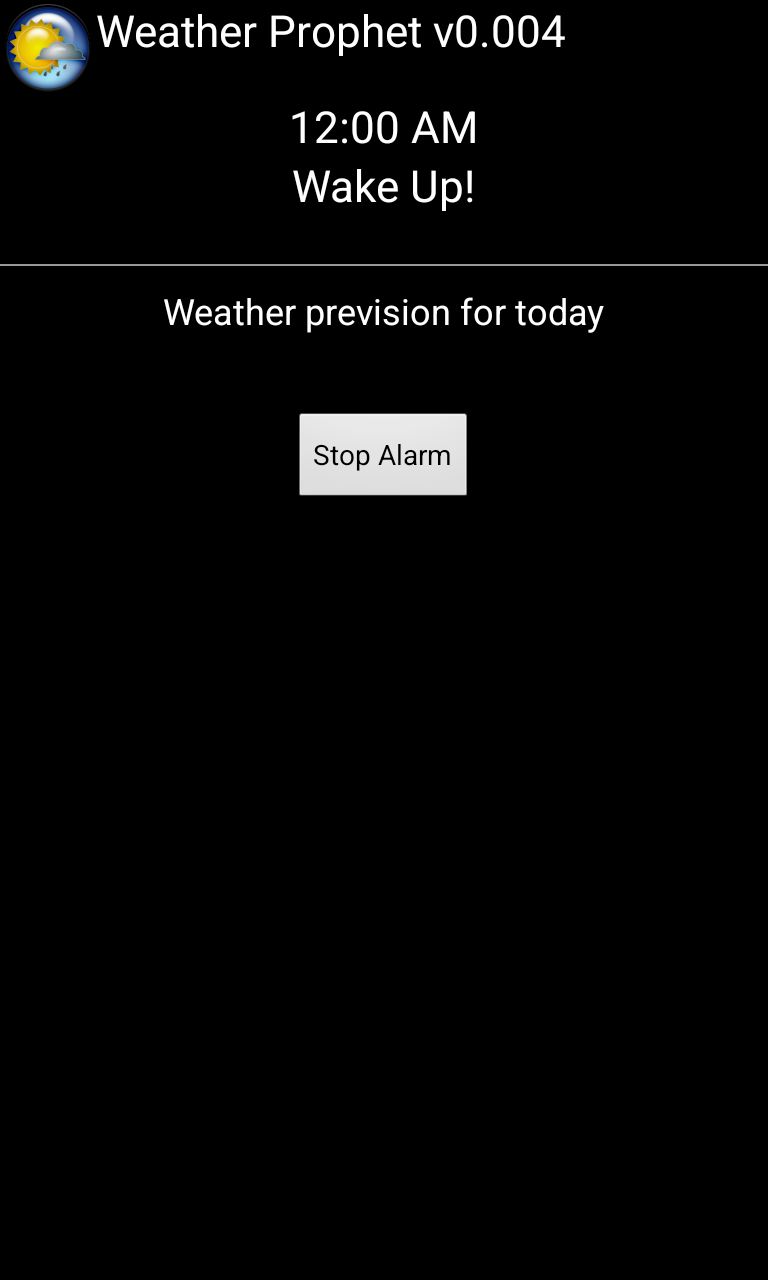
Repository: kaleidos/Weather-Prophet
Layout: android/WeatherProphet/res/layout/showalarm.xml
An editor plug-in stored every save of this project. The layout is shown before and after the next save, followed by the edit.
It is drawn on a 768 x 1280 px phone screen (xhdpi) without system bars, with theme android:Theme; the app's code is not run.

Above is the layout before, as saved 2011-12-15 17:05:17.

After the next save:
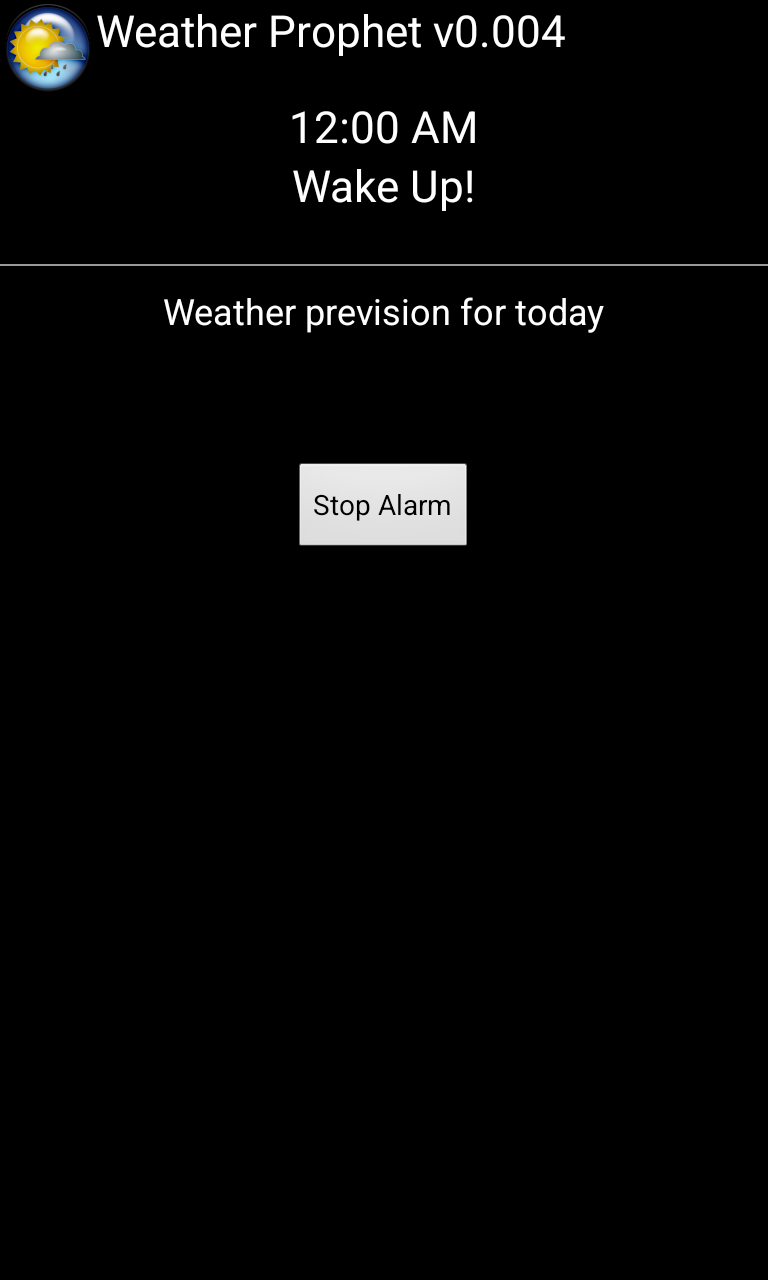
Saved 2 min 19 s later.
--- a/android/WeatherProphet/res/layout/showalarm.xml
+++ b/android/WeatherProphet/res/layout/showalarm.xml
@@ -71,6 +71,7 @@
         android:id="@+id/button1"
         android:layout_width="wrap_content"
         android:layout_height="wrap_content"
+        android:layout_marginTop="25dp"
         android:onClick="stopAlarm"
         android:text="@string/stop_alarm" />
 
